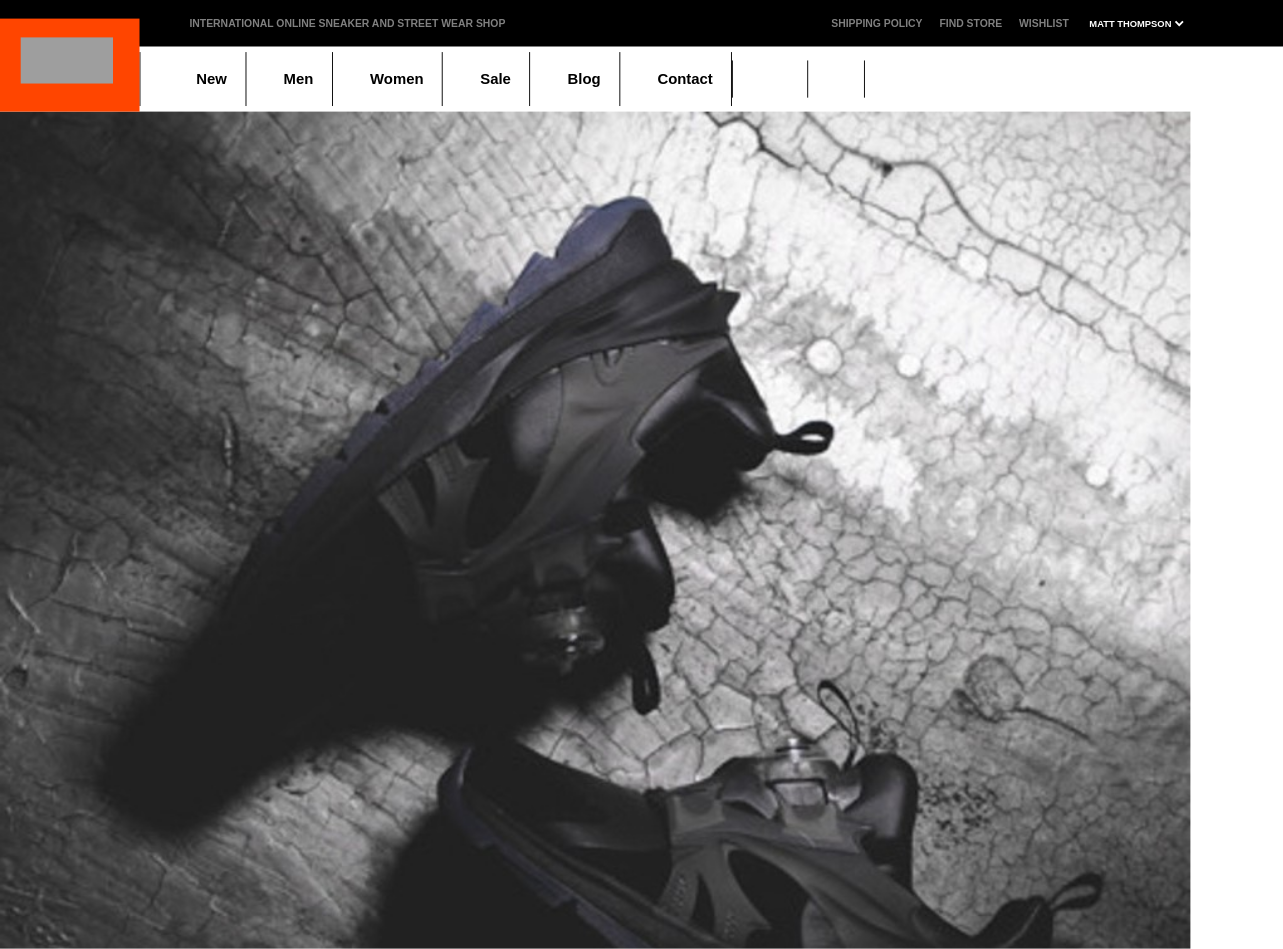
Repository: wadelfadill/premiere_page_web
Page: index.html
These files come from the project's save history. The page is drawn as it stood at one moment and after the next save; the edit follows.
The browser window is 1280 px wide. The page is 1380 px wide, so the pictures cover 1380 px, including what lies to the right of the window. The pictures show the whole page, at 93% of full size.
Pictures or frames that could not be fetched are drawn as grey boxes. Some icons come from a web library that is not loaded, so they are not drawn.

Above is the page before, as saved 2023-03-20 12:52:19.

### index.html
<!DOCTYPE html>
<html lang="fr">
<head>
    <meta charset="UTF-8">
    <meta http-equiv="X-UA-Compatible" content="IE=edge">
    <meta name="viewport" content="width=device-width, initial-scale=1.0">
    <title>Premiere Page web</title>
    <link rel="stylesheet" href="style.css">
    <link rel='stylesheet' href='https://cdn-uicons.flaticon.com/uicons-regular-rounded/css/uicons-regular-rounded.css'>
</head>
<body>
    <div class="container-head">

        <div class="container-1">
            <header>
                <div class="title"><a href="">INTERNATIONAL ONLINE SNEAKER AND STREET WEAR SHOP</a></div>
                <div class="headlink">
                    <a href="">SHIPPING POLICY</a>
                    <a href="">FIND STORE</a>
                    <a href="">WISHLIST</a>
                    <select name="" id="">
                        <option value="">MATT THOMPSON</option>
                        <option value="">EDUARD SING</option>
                        <option value="">MICHEAL OWARD</option>
                        <option value="">STEPHANE GUY</option>
                    </select>
                </div>
        </header>
        <nav>
            <div class="logo">
                <img src="images/logo-light.png" alt="">
            </div>
            <ul>
                <li><a href="">New</a></li>
                <li><a href="">Men</a></li>
                <li><a href="">Women</a></li>
                <li><a href="">Sale</a></li>
                <li><a href="">Blog</a></li>
                <li><a href="">Contact</a></li>
            </ul>
            <ul>
                <li><i class="fi fi-rr-search"></i></li>
                <li><i class="fi fi-rr-shopping-cart"></i></li>
            </ul>
        </nav>
        </div>

    </div>
    <div class="container-2">

    </div>
</body>
</html>

### style.css
body{
    margin: 0;
    padding: 0;
    font-family: Arial, Helvetica, sans-serif;
}
.conainer-1{
    display: flex;
    justify-content: flex-start;


}
.logo{
    position: relative;
    background-color: orangered;
    width: 150px;
    height: 100px;
    justify-content: center;
    margin-bottom: 30px;



}
.container-2{
    width: 100%;
    height: 900px;
    background: url("images/puma---triple-black-pack---0.jpg");
    background-repeat: no-repeat;
    background-size: cover;

}
.logo img{
    width: 100px;
    height: 50px;
    transform: translate(22px, 20px);
}
header{
    width: 100%;
    height: 50px;
    background-color: black;
    color: white;
    display: flex;
    justify-content: space-around;
    gap: 10%;
    font-size: 0.7em;
    align-items: center;
    padding-left: 100px;
}
header a{
    color: white;
    text-decoration: none;
    opacity: 0.5;
    font-weight: 900;
    display: inline-block;
    margin-right: 15px;
}
header select{
    display: inline;
    background: none;
    border: none;
    outline: none;
    color: white;
    font-weight: 900;
    font-size: 0.9em;

}
nav{
    display: flex;
    justify-content: flex-start;
    align-items: center;
    height: 70px;

}
nav ul{
    list-style: none;
    display: flex;
    justify-content: center;
    gap: 20px;
    border-left: 1px solid black;
}
nav ul a{
    color: black;
    text-decoration: none;
    font-weight: 800;
}
li{

    border-right: 1px solid black;
    padding: 20px;

}

After the next save:
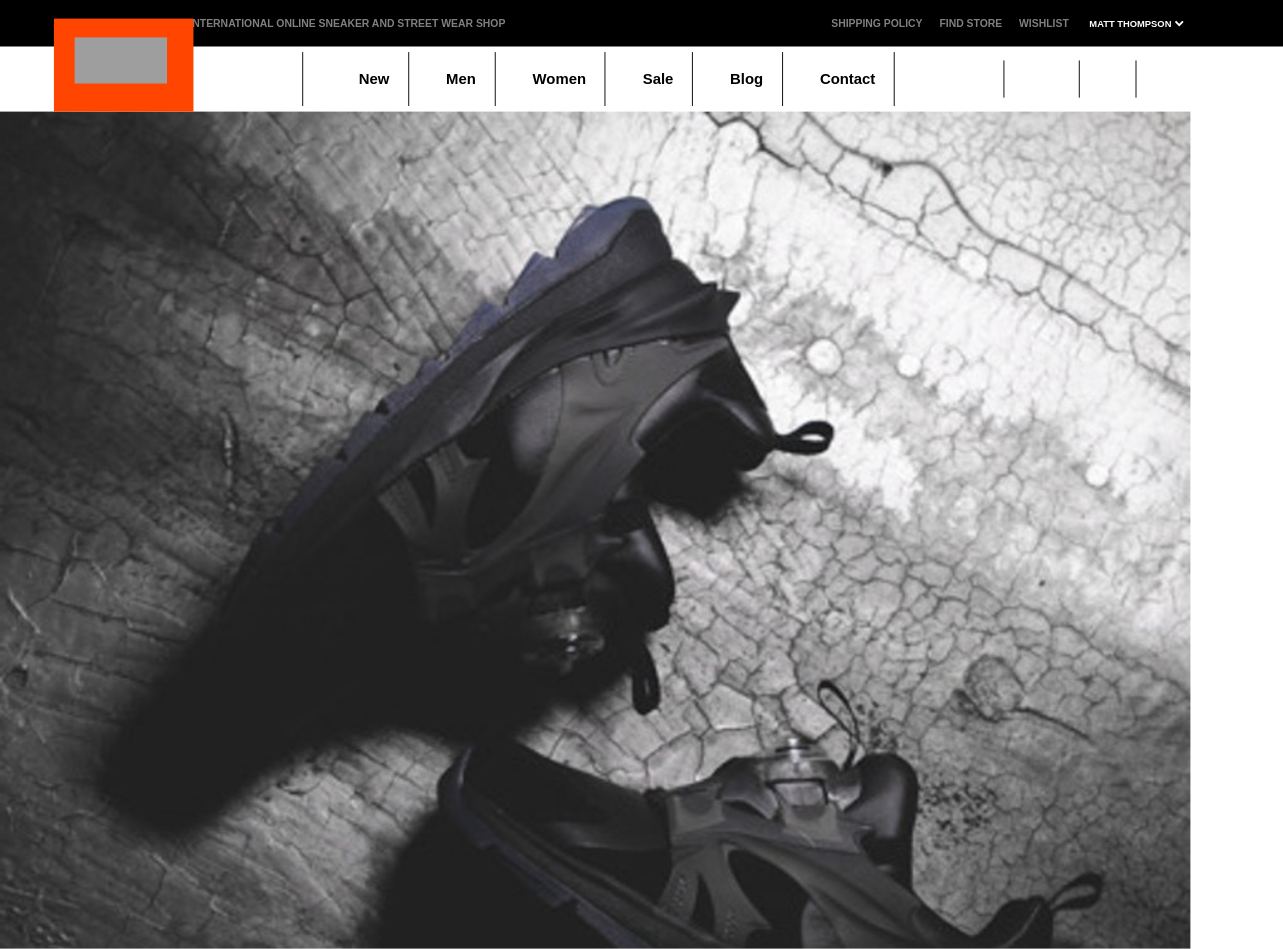
Saved 46 s later.
--- a/style.css
+++ b/style.css
@@ -65,9 +65,10 @@
 }
 nav{
     display: flex;
-    justify-content: flex-start;
+    justify-content: space-around;
     align-items: center;
     height: 70px;
+
 
 }
 nav ul{

After the save that followed:
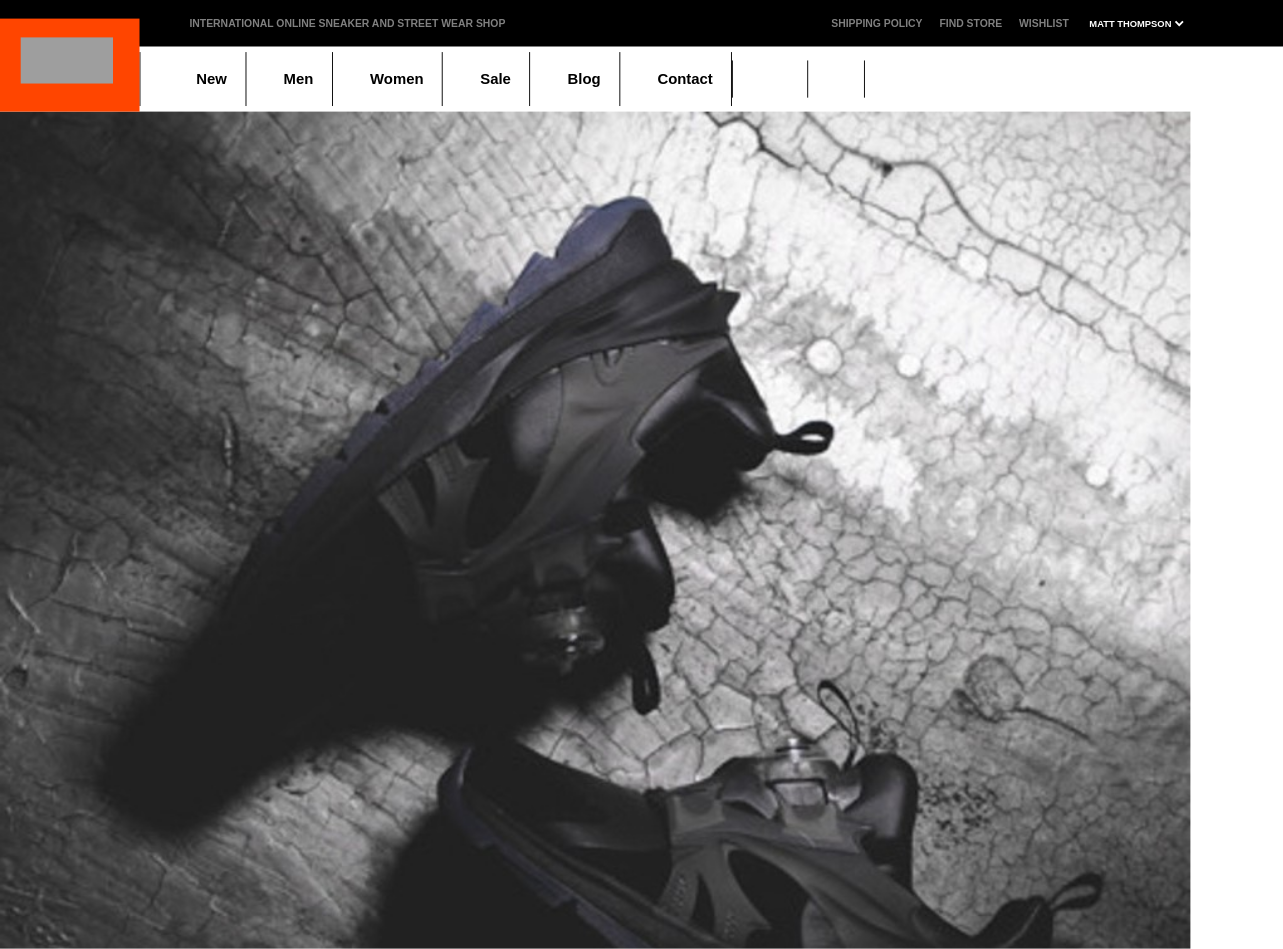
Saved 25 s later.
--- a/style.css
+++ b/style.css
@@ -65,7 +65,7 @@
 }
 nav{
     display: flex;
-    justify-content: space-around;
+    justify-content: flex-start;
     align-items: center;
     height: 70px;
 
